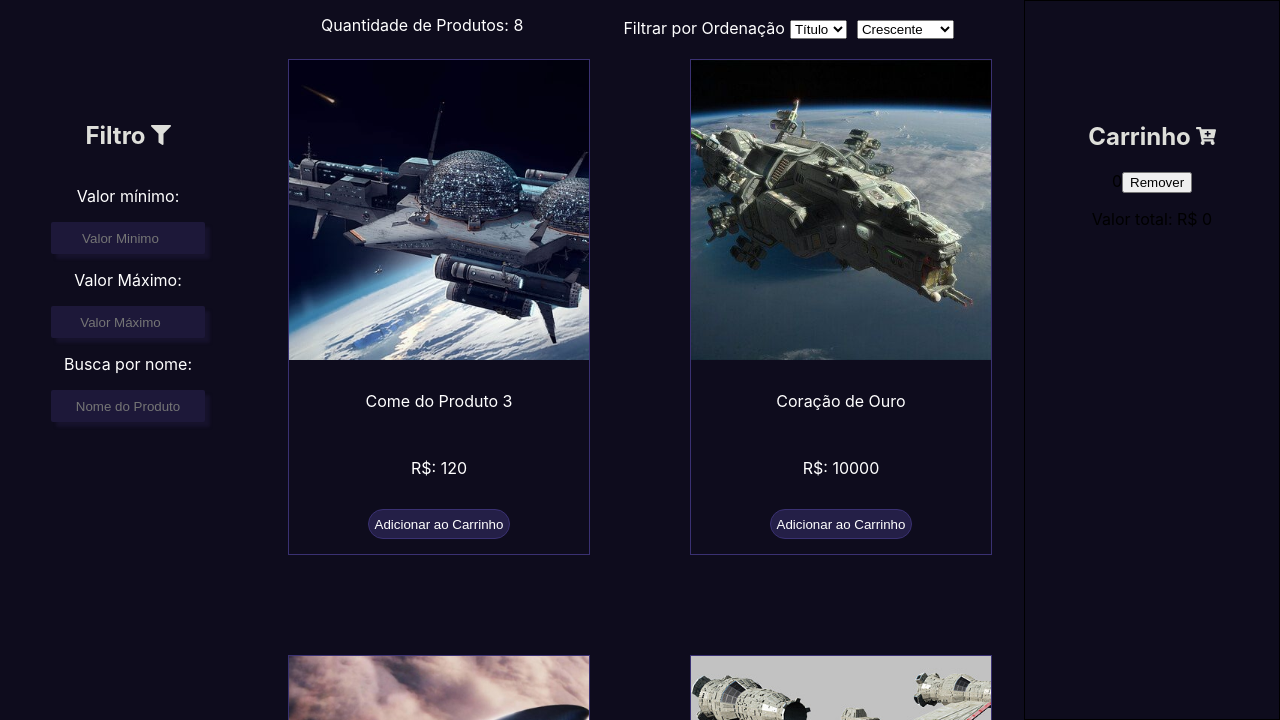
Repository: future4code/Shaw-labe-commerce9
Page: /
An editor plug-in stored every save of this project. The page is shown before and after the next save, followed by the edit.
The browser window is 1280 px wide. The pictures show the whole page.
An inner scrolling area shows only its first screen. The project was rebuilt for these pictures with package versions that can differ from the ones it lists, and the page was loaded fresh each time. Also part of the build but not shown: src/App.css.

Above is the page before, as saved 2022-04-03 12:14:07.

After the next save:
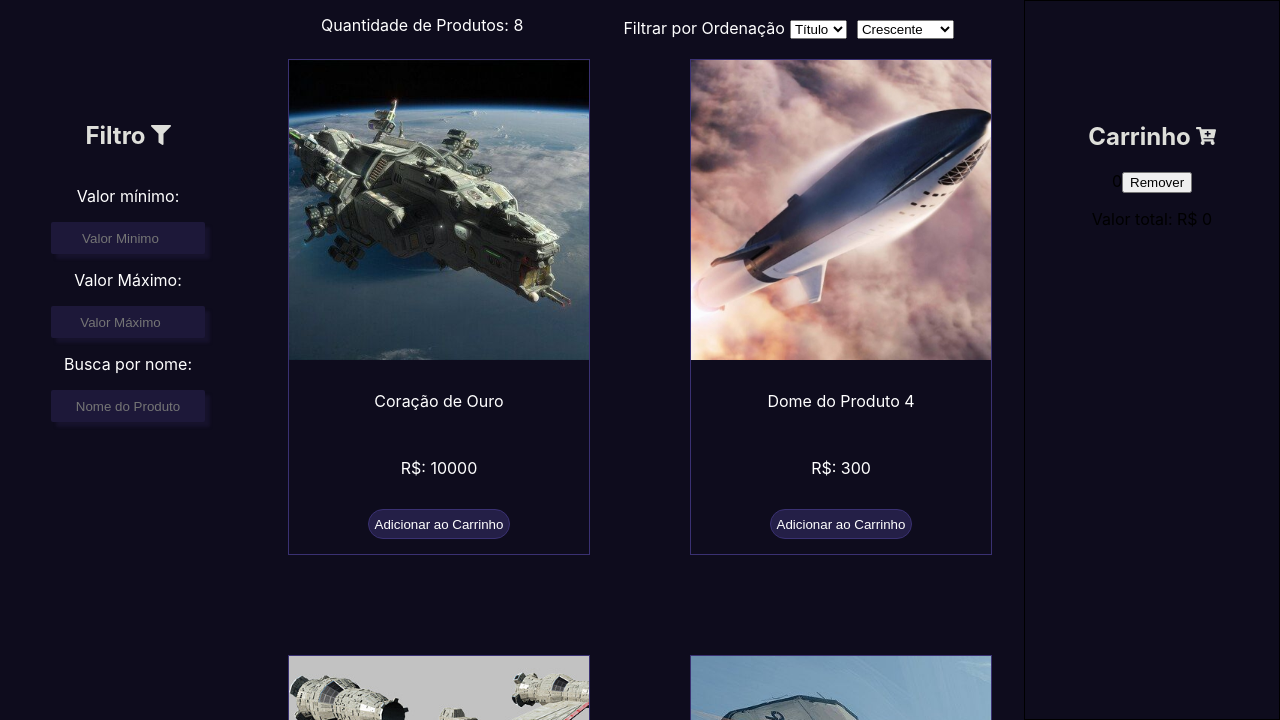
Saved 25 s later.
--- a/src/App.js
+++ b/src/App.js
@@ -43,7 +43,7 @@ class App extends React.Component {
       },
       {
         id: 3,
-        name: "Come do Produto 3",
+        name: "Planet Express",
         value: 120.0, //valor do produto
         imagem: nave3,
       },
